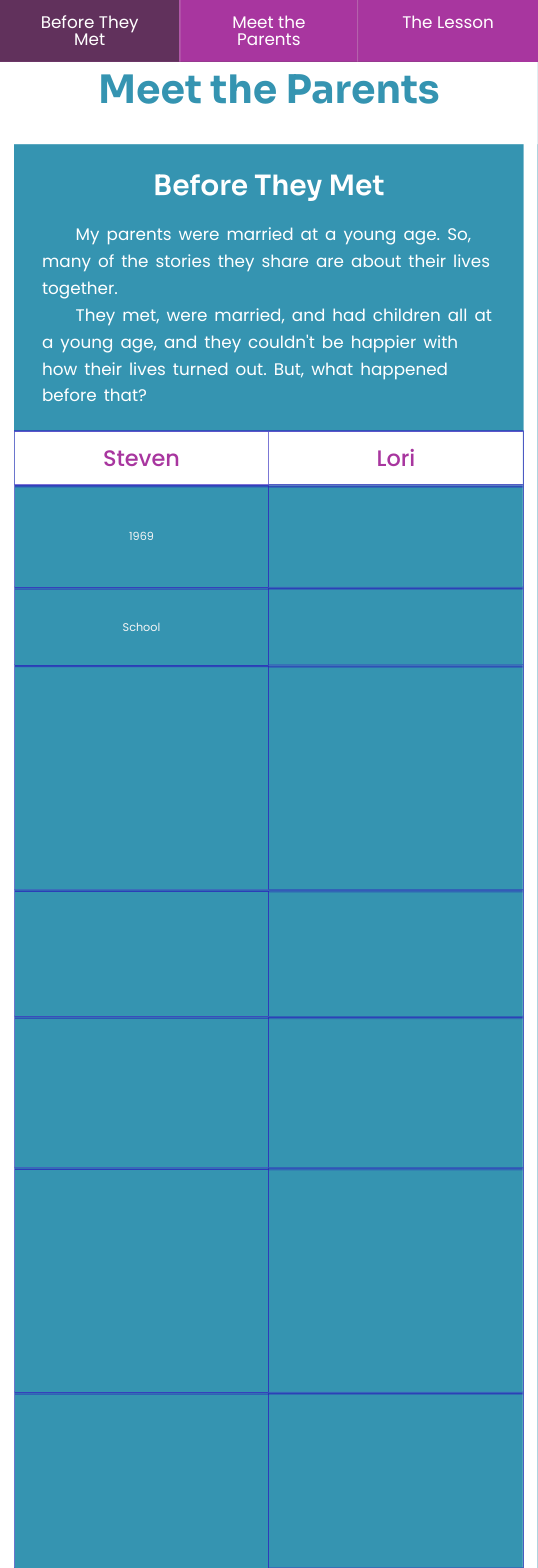
Repository: Sbethm/parents-tribute
Page: timeline.html
These files come from the project's save history. The page is drawn as it stood at one moment and after the next save; the edit follows.
The browser window is 768 px wide. The pictures show the part of the page from y = 0 to 2240 px (the page is 3937 px tall before and 3957 px after), at 70% of full size.

Above is the page before, as saved 2021-02-24 14:20:20.

After the next save:
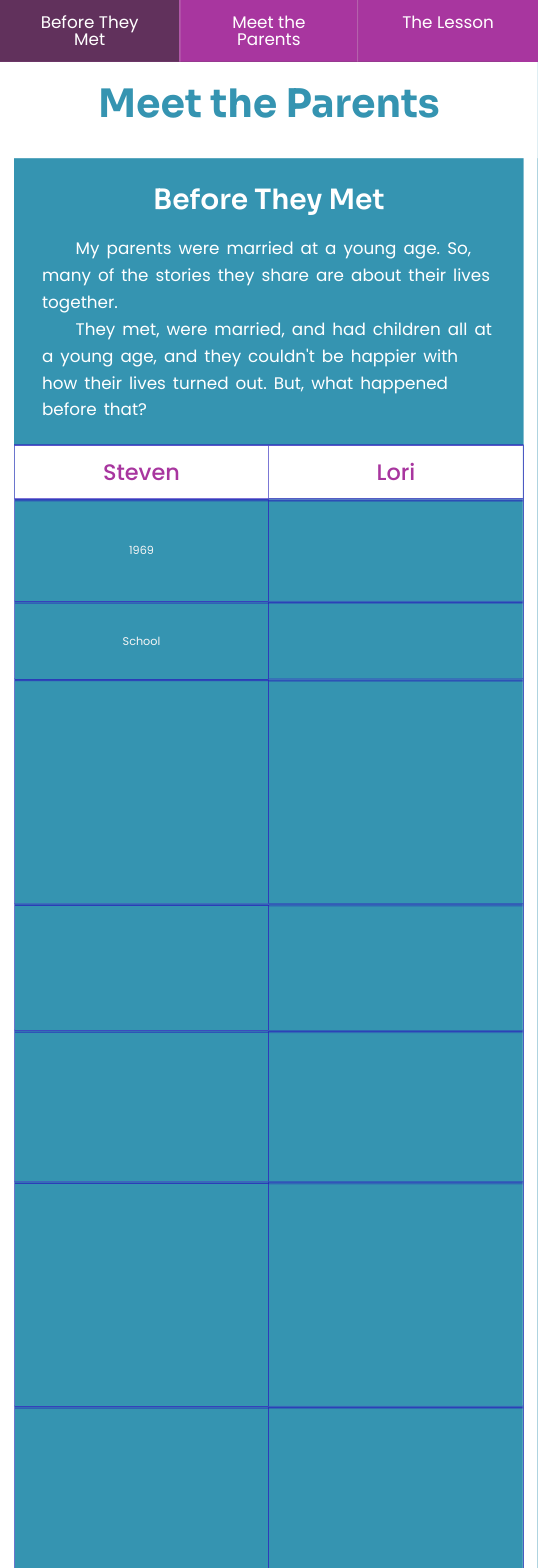
Saved 20 s later.
--- a/style.css
+++ b/style.css
@@ -524,7 +524,7 @@ footer {
 
     h1 {
         font-size: 3.5em;
-        padding-top: 60px;
+        padding-top: 80px;
         padding-bottom: 50px;
     }
 
